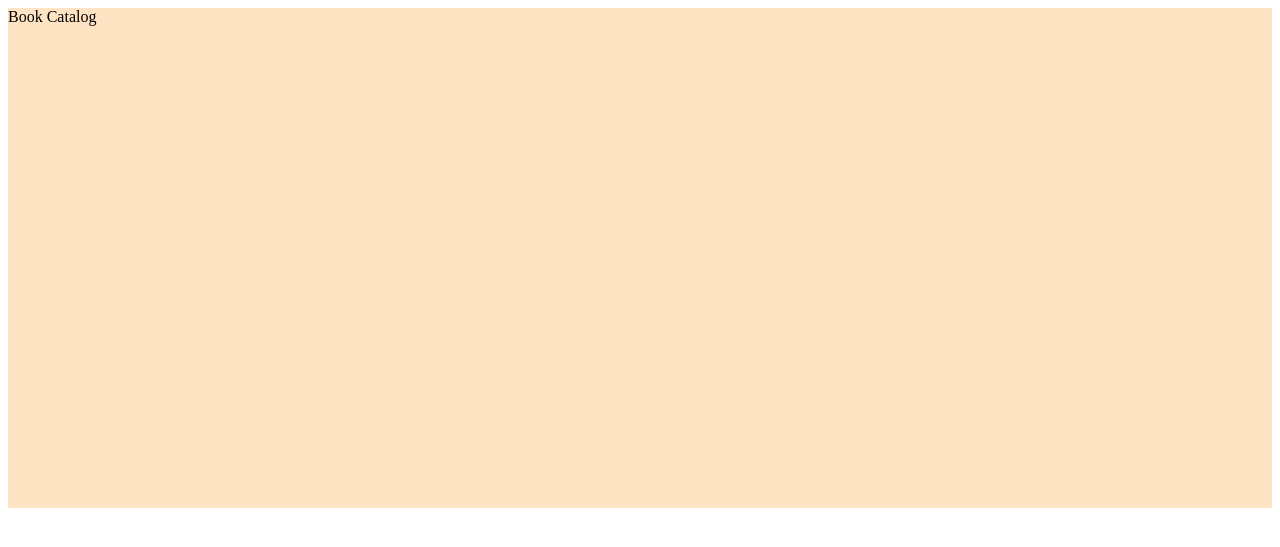
Repository: richelletiongson/comp3170_lab01
Page: /
An editor plug-in stored every save of this project. The page is shown before and after the next save, followed by the edit.
The browser window is 1280 px wide. The pictures show the whole page.
The project was rebuilt for these pictures with package versions that can differ from the ones it lists, and the page was loaded fresh each time. Also part of the build but not shown: vite.config.js.

Above is the page before, as saved 2025-09-13 22:42:18.

### index.html
<!doctype html>
<html lang="en">
  <head>
    <meta charset="UTF-8" />
    <link rel="stylesheet" href="src/index.css"/>
    <meta name="viewport" content="width=device-width, initial-scale=1.0" />
    <title>Book Catalog</title>
  </head>
  <body>
    <div id="root"></div>
    <script type="module" src="/src/main.jsx"></script>
  </body>
</html>

### src/index.css
.header {
  background-color: bisque;
  height: 500px;
}

### src/main.jsx
import { StrictMode } from 'react'
import { createRoot } from 'react-dom/client'
import './index.css'
import App from './App.jsx'

createRoot(document.getElementById('root')).render(
  <StrictMode>
    <header className="header">Book Catalog</header>
    <App />
  </StrictMode>,
)

### src/App.jsx



function App() {


}

export default App

After the next save:
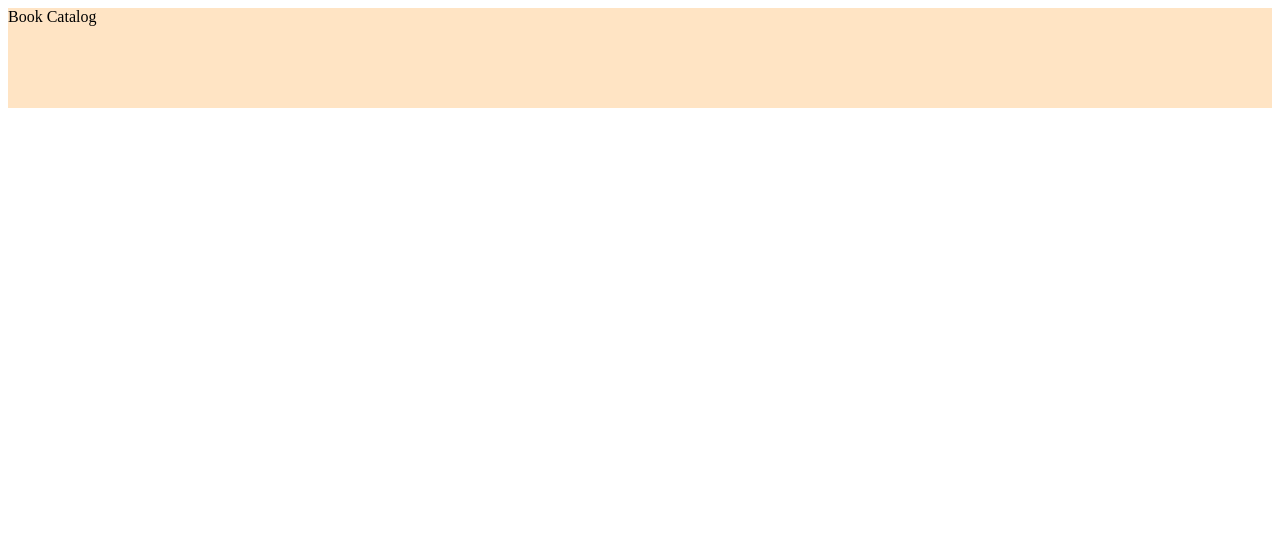
Saved 19 s later.
--- a/src/index.css
+++ b/src/index.css
@@ -1,4 +1,4 @@
 .header {
   background-color: bisque;
-  height: 500px;
+  height: 100px;
 }
